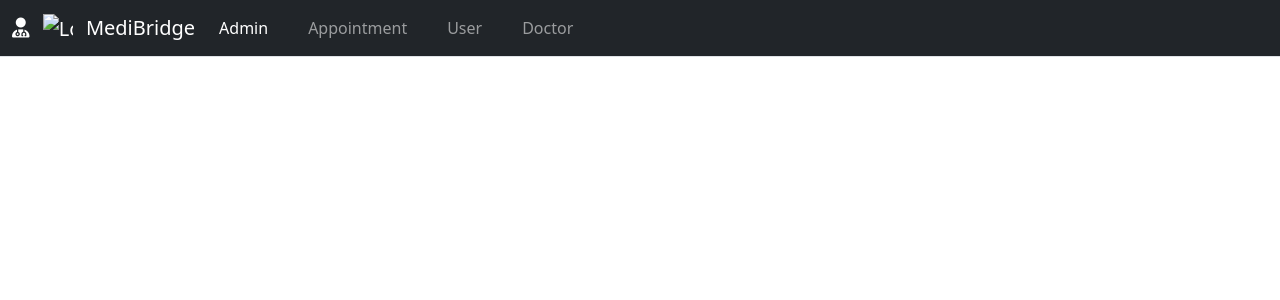
Repository: Abhinavan2004/MediBridge-hms
Page: http://localhost/Hospital_Management_System/User.jsp
The author's editor kept a copy of each file at every save. The page is drawn from the files as they stood at one save, then again after the next save.
The browser window is 1280 px wide. The pictures show the whole page.
The page is served by Tomcat 9. Other server files are loaded and not shown.

Above is the page before, as saved 2025-07-13 12:08:18.

### Hospital_Management_System/src/main/webapp/User.jsp
<%@ page language="java" contentType="text/html; charset=UTF-8"
    pageEncoding="UTF-8"%>
<!DOCTYPE html>
<html>
<head>
<meta charset="UTF-8">
<title>Insert title here</title>
</head>
<body>
<%@include file="components/navbar.jsp" %>
</body>
</html>

### Hospital_Management_System/src/main/webapp/components/navbar.jsp

<!DOCTYPE html>
<html lang="en">
<head>
    <meta charset="UTF-8">
    <meta name="viewport" content="width=device-width, initial-scale=1.0">
    <title>Fixed Navbar</title>
    <link href="https://cdn.jsdelivr.net/npm/bootstrap@5.3.0/dist/css/bootstrap.min.css" rel="stylesheet">
<link rel="stylesheet" href="https://cdnjs.cloudflare.com/ajax/libs/font-awesome/6.4.0/css/all.min.css">

</head>
<body>

<nav class="navbar navbar-expand-lg navbar-dark bg-dark border-bottom">
    <div class="container-fluid">
       <a class="navbar-brand" href="#">
<i class="fa-solid fa-user-doctor me-2"></i>
<img src="#" alt="Logo" width="30" height="24" class="d-inline-block align-text-top me-2">
MediBridge
</a>

        <!-- Navbar toggler for mobile -->
        <button class="navbar-toggler" type="button" data-bs-toggle="collapse" data-bs-target="#navbarNavDropdown" aria-controls="navbarNavDropdown" aria-expanded="false" aria-label="Toggle navigation">
            <span class="navbar-toggler-icon"></span>
        </button>

        <div class="collapse navbar-collapse" id="navbarNavDropdown">
            <ul class="navbar-nav sm-auto ">
                <li class="nav-item me-4">
                    <a class="nav-link active" aria-current="page" href="Admin.jsp">Admin</a>

                </li>
                <li class="nav-item me-4">
                    <a class="nav-link" href="components/">Appointment</a>
                </li>
                <li class="nav-item me-4">
                    <a class="nav-link" href="User.jsp">User</a>
                </li>
                <li class="nav-item me-4">
                    <a class="nav-link" href="Doctor.jsp">Doctor</a>
                </li>
            </ul>
        </div>
    </div>
</nav>

<!-- Bootstrap JS -->
<script src="https://cdn.jsdelivr.net/npm/bootstrap@5.3.0/dist/js/bootstrap.bundle.min.js"></script>
</body>
</html>

After the next save:
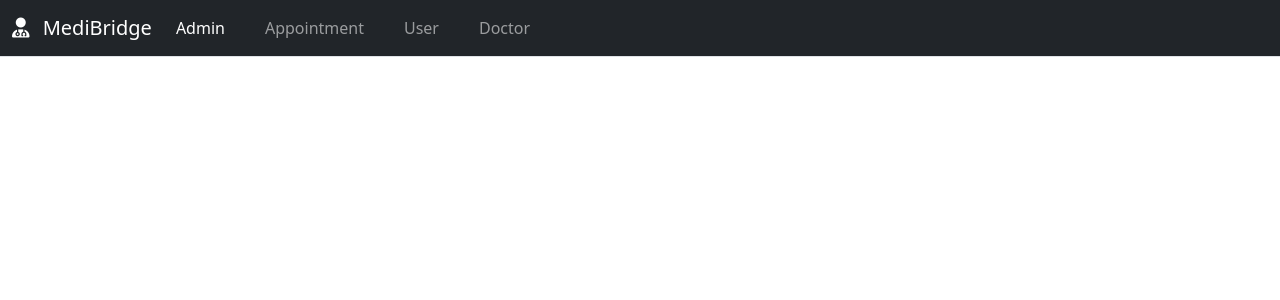
Saved 14 s later.
--- a/Hospital_Management_System/src/main/webapp/components/navbar.jsp
+++ b/Hospital_Management_System/src/main/webapp/components/navbar.jsp
@@ -15,7 +15,6 @@
     <div class="container-fluid">
        <a class="navbar-brand" href="#">
 <i class="fa-solid fa-user-doctor me-2"></i>
-<img src="#" alt="Logo" width="30" height="24" class="d-inline-block align-text-top me-2">
 MediBridge
 </a>
 
